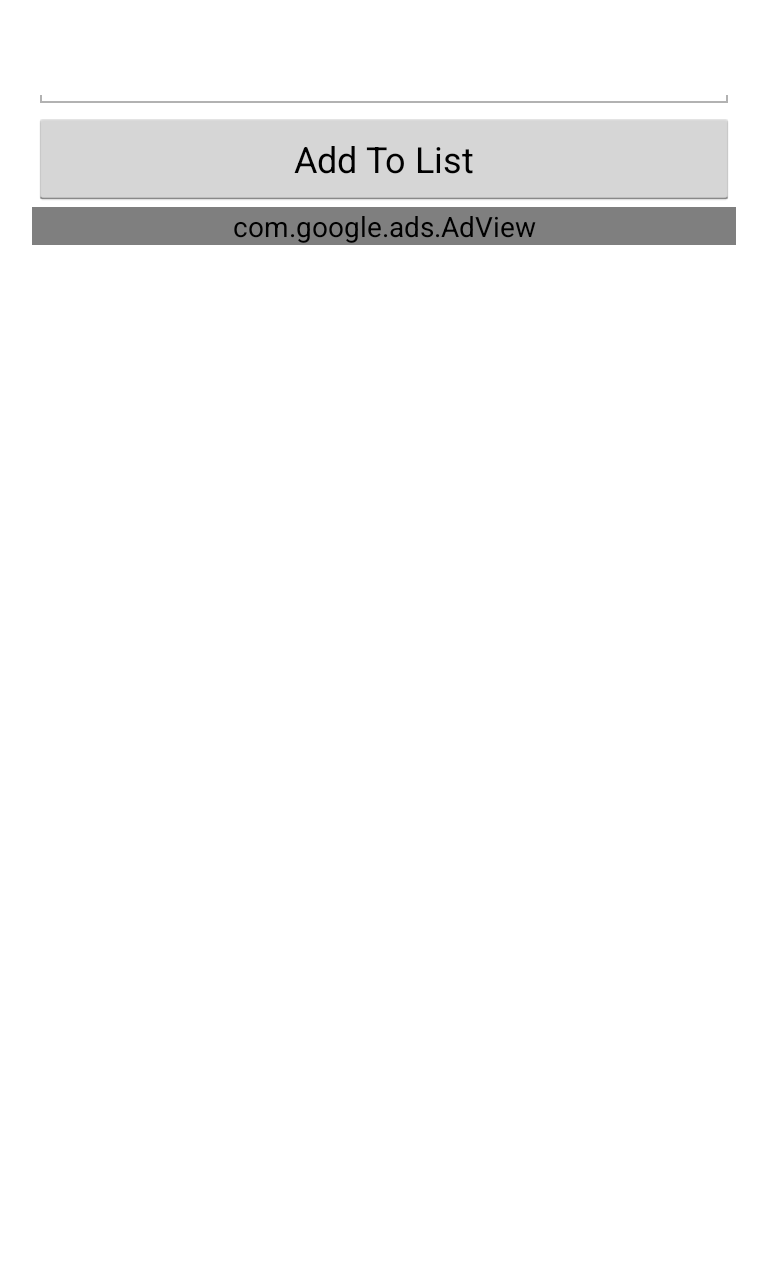
Repository: cutepig123/MyAndroidTestApps
Layout: Test3_TodoList/res/layout/activity_main.xml
These files come from the project's save history. The layout is drawn as it stood at one moment and after the next save; the edit follows.
Pictures or frames that could not be fetched are drawn as grey boxes. It is drawn on a 768 x 1280 px phone screen (xhdpi) without system bars, with theme AppTheme; the app's code is not run. Lists and similar views that code fills are empty.

Above is the layout before, as saved 2013-04-21 06:04:54.

After the next save:
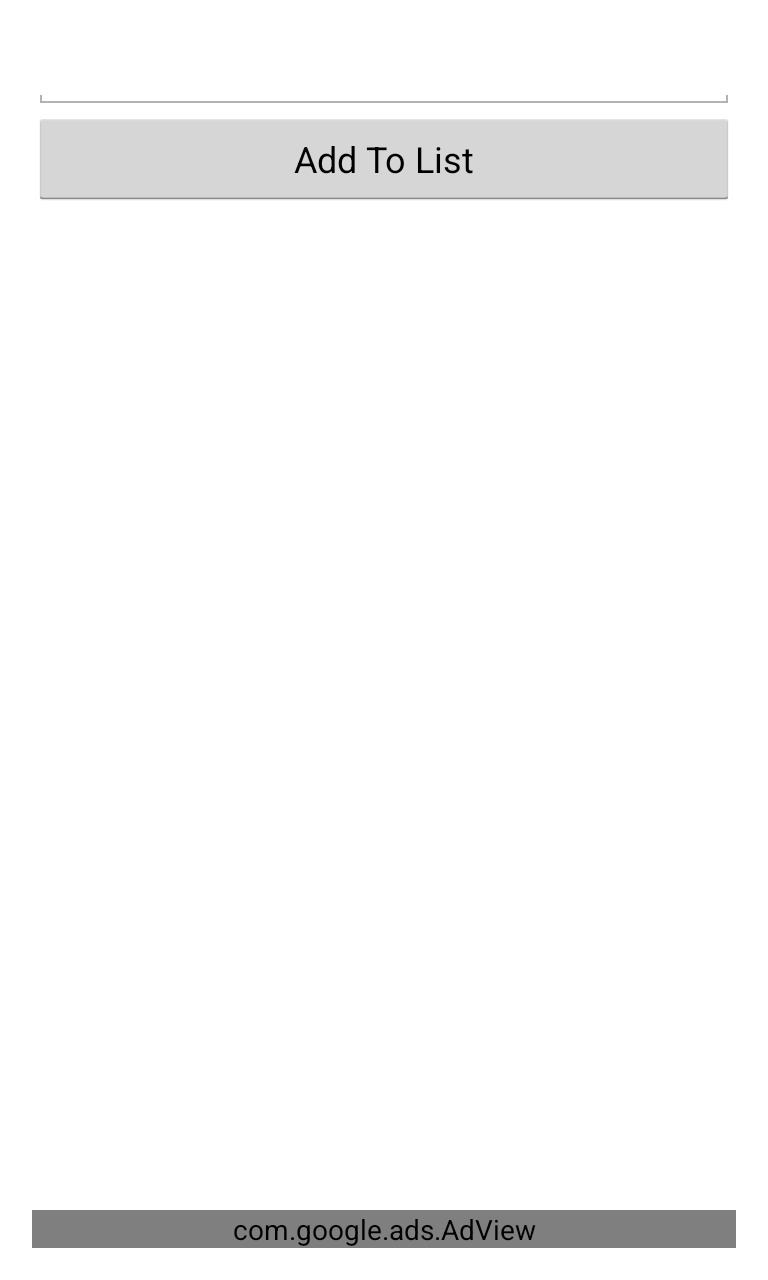
Saved 45 s later.
--- a/Test3_TodoList/res/layout/activity_main.xml
+++ b/Test3_TodoList/res/layout/activity_main.xml
@@ -35,7 +35,9 @@
             android:layout_height="wrap_content" >
         </ListView>
 
-        <com.google.ads.AdView
+    </LinearLayout>
+
+     <com.google.ads.AdView
              xmlns:ads="http://schemas.android.com/apk/lib/com.google.ads"
              android:id="@+id/adView"
              android:layout_width="match_parent"
@@ -44,7 +46,4 @@
              android:layout_alignParentBottom="true"
              ads:adSize="BANNER"
              ads:loadAdOnCreate="true"/>
-
-    </LinearLayout>
-
 </RelativeLayout>
